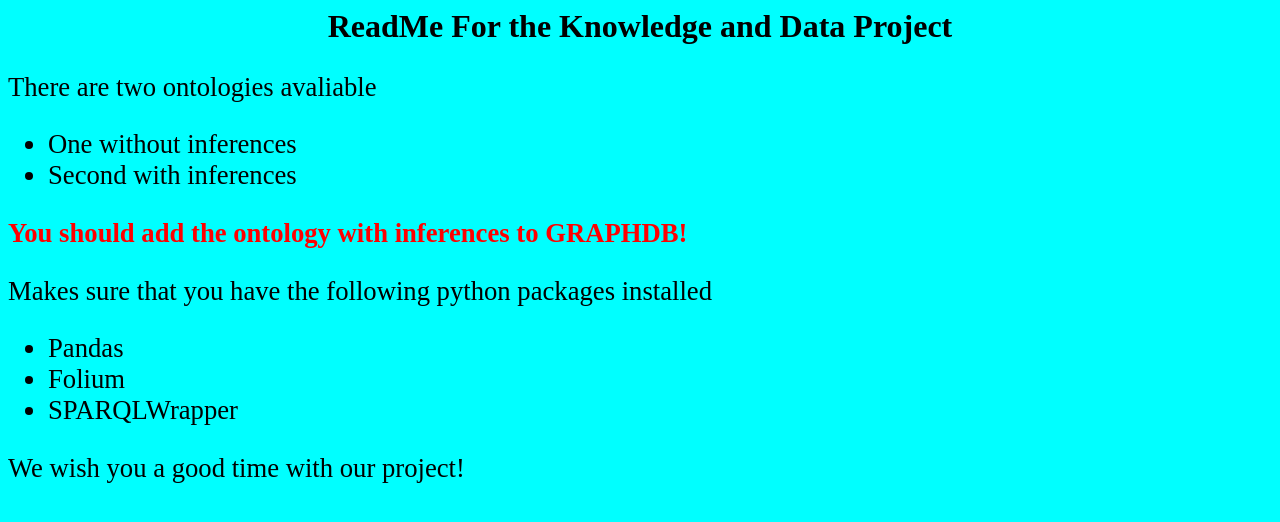
Repository: pawelpiwowarski/Knowledge_and_Data
Page: README.html
These files come from the project's save history. The page is drawn as it stood at one moment and after the next save; the edit follows.
The browser window is 1280 px wide. The pictures show the whole page.

Above is the page before, as saved 2022-10-27 22:09:10.

After the next save:
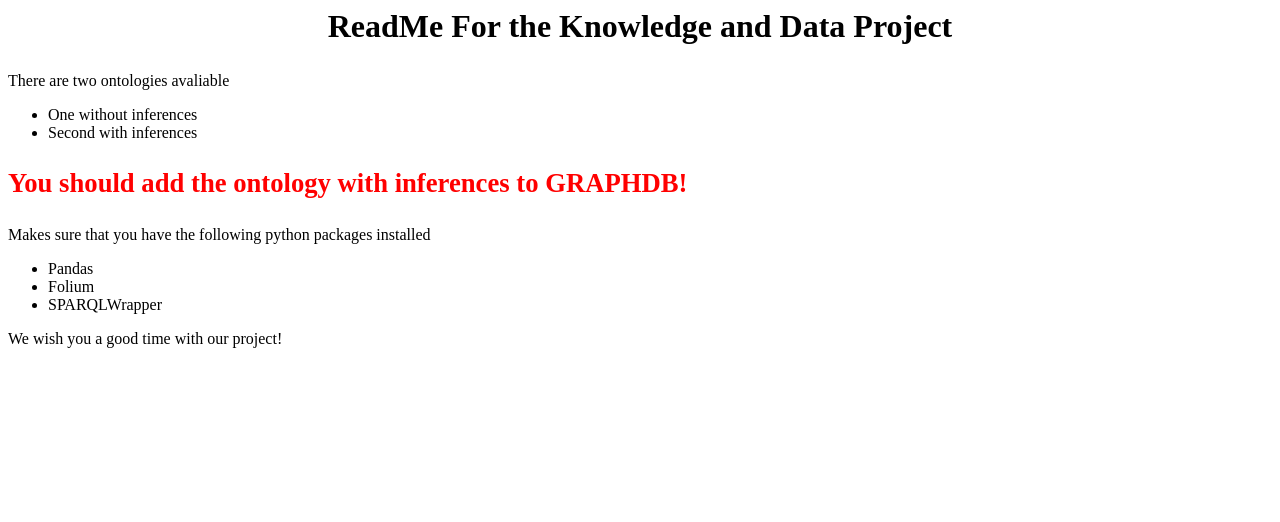
Saved 13 s later.
--- a/README.html
+++ b/README.html
@@ -24,7 +24,9 @@
     font-family: "Times New Roman", Times, serif;
     font-size: 20pt;
     font-weight: bold;
-    color: #000000;
+    color: gold;
+    text-align: center;
+}
     text-align: center;
 }
 body { font-family: 'Times New Roman', Times, serif; font-size: 20pt; background-color: aqua;}

After the save that followed:
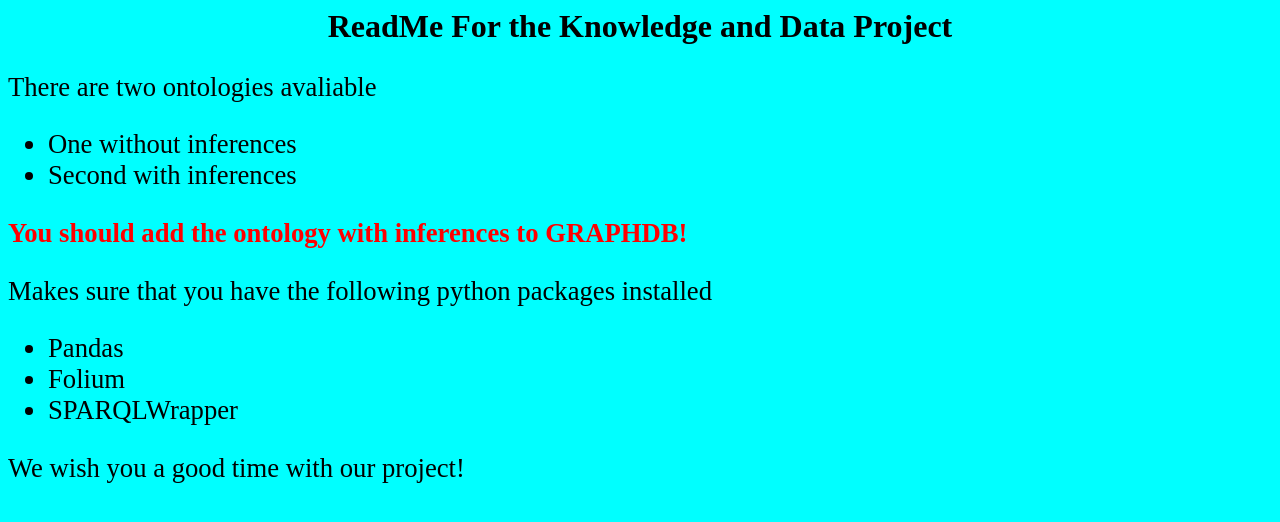
Saved 14 s later.
--- a/README.html
+++ b/README.html
@@ -25,8 +25,6 @@
     font-size: 20pt;
     font-weight: bold;
     color: gold;
-    text-align: center;
-}
     text-align: center;
 }
 body { font-family: 'Times New Roman', Times, serif; font-size: 20pt; background-color: aqua;}
